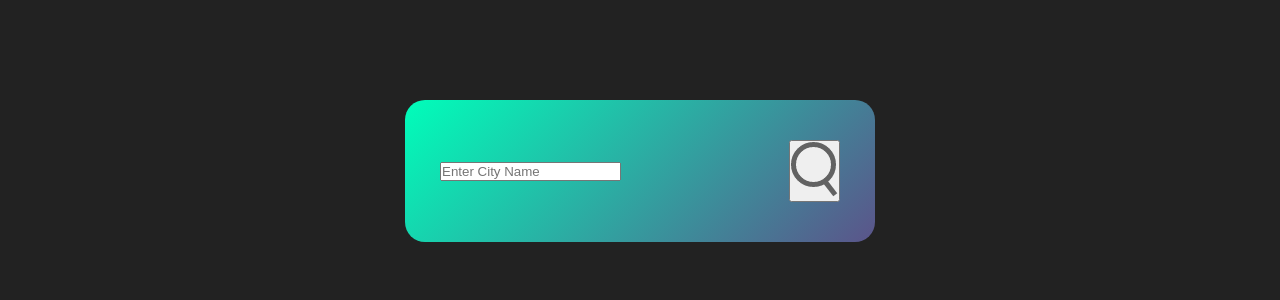
Repository: dubeprince/WeatherApp-Project
Page: WeatherApp/index.html
These files come from the project's save history. The page is drawn as it stood at one moment and after the next save; the edit follows.
The browser window is 1280 px wide. The pictures show the whole page.

Above is the page before, as saved 2023-05-26 10:32:26.

### WeatherApp/index.html
<!DOCTYPE html>
<html lang="en">
<head>
    <meta charset="UTF-8">
    <meta http-equiv="X-UA-Compatible" content="IE=edge">
    <meta name="viewport" content="width=device-width, initial-scale=1.0">
    <title>Weather App</title>
    <link rel = "stylesheet" href = "style.css">
</head>
<body>

    <div class="card">
        <div class="search">
            <input type="text" placeholder="Enter City Name" spellcheck="false">
            <button><img src="images/search.png" alt=""></button>
        </div>
    </div>

</body>
</html>

### WeatherApp/style.css
*{
    margin : 0;
    padding: 0;
    font-family: 'Poppins', sans-serif;
    box-sizing: border-box;

}
body{
    background: #222;
}
.card{
    width: 90%;
    max-width: 470px;
    background: linear-gradient(135deg, #00feba, #5b548a);
    color: #fff; /* white */
    margin: 100px auto 0;
    border-radius: 20px;
    padding: 40px 35px;
    text-align: center;

}
.search{
    width: 100%;
    display: flex;
    align-items: center;
    justify-content: space-between;
}

After the next save:
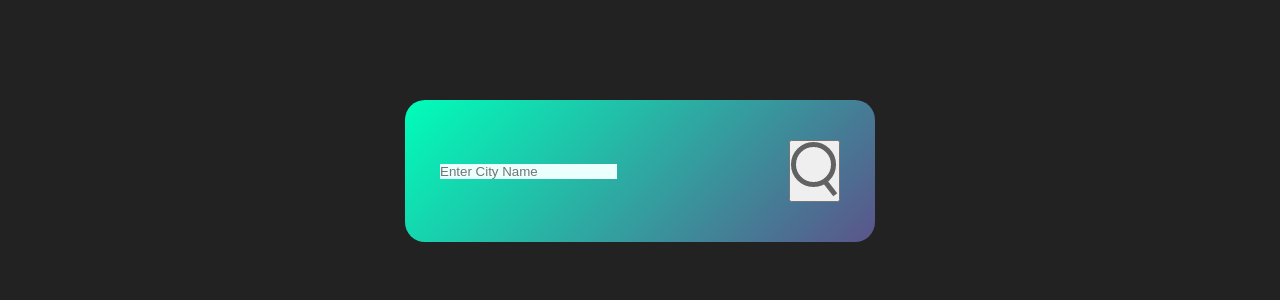
Saved 95 s later.
--- a/WeatherApp/style.css
+++ b/WeatherApp/style.css
@@ -25,3 +25,9 @@ body{
     align-items: center;
     justify-content: space-between;
 }
+.search input{
+    border: 0;
+    outline: 0;
+    background: #ebfffc;
+    color: #555;
+}
